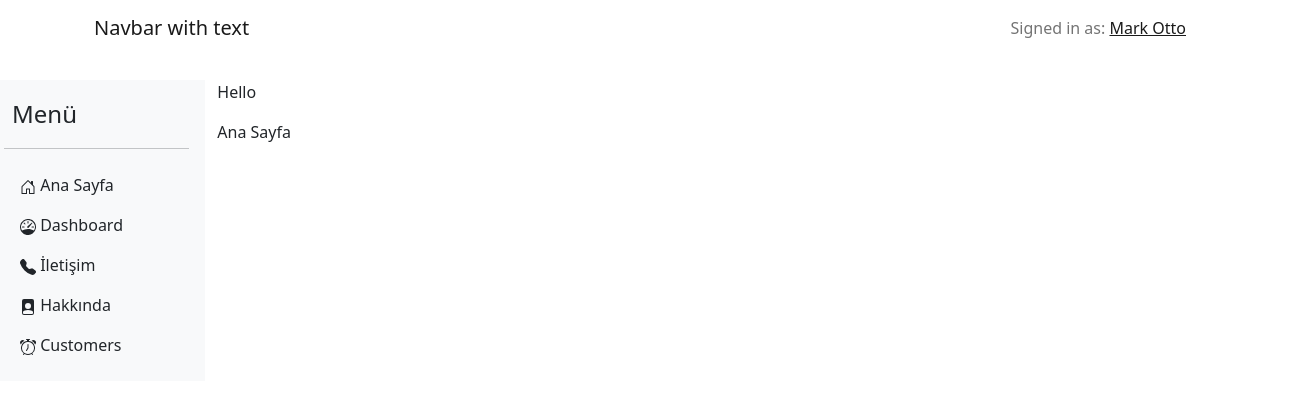
Repository: okankrdg/ReactCoreTemplate
Page: / (app in ReactCoreTemplate/client/)
The author's editor kept a copy of each file at every save. The page is drawn from the files as they stood at one save, then again after the next save.
The browser window is 1280 px wide. The page is 1292 px wide, so the pictures cover 1292 px, including what lies to the right of the window. The pictures show the whole page.
The project was rebuilt for these pictures with package versions that can differ from the ones it lists, and the page was loaded fresh each time. Also part of the build but not shown: ReactCoreTemplate/client/src/App.css.

Above is the page before, as saved 2021-09-06 23:13:27.

### ReactCoreTemplate/client/src/App.js
import "./App.css";
import Layout from "./components/Layout";
import { Route, Switch } from "react-router-dom";
import { About, Dashboard, Home, Contact } from "./Pages/NavLinkComps";
function App() {
  return (
    <Layout>
      <div className="col-md-8">
        <p>Hello</p>
        <Switch>
          <Route path="/about">
            <About />
          </Route>
          <Route path="/dashboard">
            <Dashboard />
          </Route>
          <Route exact path="/">
            <Home />
          </Route>
          <Route path="/contact">
            <Contact />
          </Route>
        </Switch>
      </div>
    </Layout>
  );
}

export default App;

### ReactCoreTemplate/client/src/components/Layout.js
import Header from "./Header";
import NavigationMenu from "./NavigationMenu";
import "../dist/bootstrap/bootstrap.min.css";
const Layout = ({ children }) => {
  return (
    <div className="row" style={{ backgroundColor: "white" }}>
      <Header />
      <NavigationMenu />
      {children}
    </div>
  );
};
export default Layout;

### ReactCoreTemplate/client/src/Pages/NavLinkComps.js
const Home = () => {
  return <p>Ana Sayfa</p>;
};
const Dashboard = () => {
  return <p>Dashboard</p>;
};
const About = () => {
  return <p>Hakkında</p>;
};
const Contact = () => {
  return <p>İletişim</p>;
};
export { Home, Dashboard, About, Contact };

### ReactCoreTemplate/client/src/components/Header.js
import { Navbar, Container } from "react-bootstrap";
const Header = () => {
  return (
    <Navbar className="mb-4">
      <Container>
        <Navbar.Brand href="#home">Navbar with text</Navbar.Brand>
        <Navbar.Toggle />
        <Navbar.Collapse className="justify-content-end">
          <Navbar.Text>
            Signed in as: <a href="#login">Mark Otto</a>
          </Navbar.Text>
        </Navbar.Collapse>
      </Container>
    </Navbar>
  );
};
export default Header;

### ReactCoreTemplate/client/src/components/NavigationMenu.js
import * as Icon from "react-bootstrap-icons";
import { Link } from "react-router-dom";
const NavigationMenu = () => {
  return (
    <div className="d-flex flex-column p-3 bg-light col-md-2">
      <a
        href="/"
        className="d-flex align-items-center mx-2 link-dark text-decoration-none"
      >
        <span className="fs-4">Menü</span>
      </a>
      <hr></hr>
      <ul className="nav nav-pills flex-column mb-auto">
        <li className="nav-item">
          <Link to="/" className="text-decoration-none">
            <button className="nav-link link-dark">
              <Icon.HouseDoor /> Ana Sayfa
            </button>
          </Link>
        </li>
        <li>
          <Link to="/dashboard" className="text-decoration-none">
            <button className="nav-link link-dark">
              <Icon.Speedometer /> Dashboard
            </button>
          </Link>
        </li>
        <li>
          <Link to="/contact" className="text-decoration-none">
            <button className="nav-link link-dark">
              <Icon.TelephoneFill /> İletişim
            </button>
          </Link>
        </li>
        <li>
          <Link to="/about" className="text-decoration-none">
            <button className="nav-link link-dark">
              <Icon.FilePersonFill /> Hakkında
            </button>
          </Link>
        </li>
        <li>
          <Link to="/" className="text-decoration-none">
            <button className="nav-link link-dark">
              <Icon.Alarm /> Customers
            </button>
          </Link>
        </li>
      </ul>
    </div>
  );
};
export default NavigationMenu;

Loaded but not shown: ReactCoreTemplate/client/public/index.html (common file); ReactCoreTemplate/client/src/index.js (common file); ReactCoreTemplate/client/src/index.css (common file); ReactCoreTemplate/client/src/dist/bootstrap/bootstrap.min.css (library); ReactCoreTemplate/client/src/App.css (no copy from this time; the picture is the same without it)

After the next save:
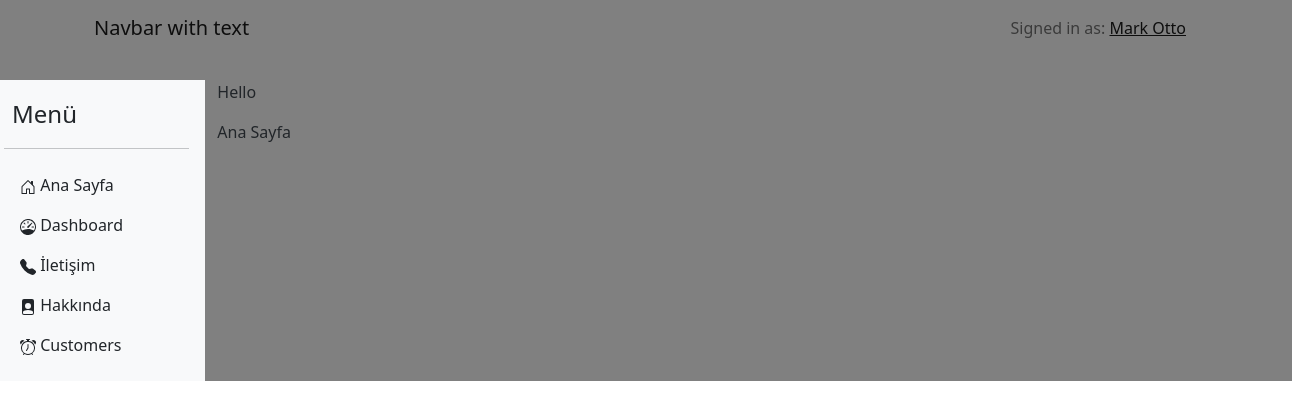
Saved 6 s later.
--- a/ReactCoreTemplate/client/src/components/Layout.js
+++ b/ReactCoreTemplate/client/src/components/Layout.js
@@ -3,7 +3,7 @@
 import "../dist/bootstrap/bootstrap.min.css";
 const Layout = ({ children }) => {
   return (
-    <div className="row" style={{ backgroundColor: "white" }}>
+    <div className="row" style={{ backgroundColor: "gray" }}>
       <Header />
       <NavigationMenu />
       {children}

After the save that followed:
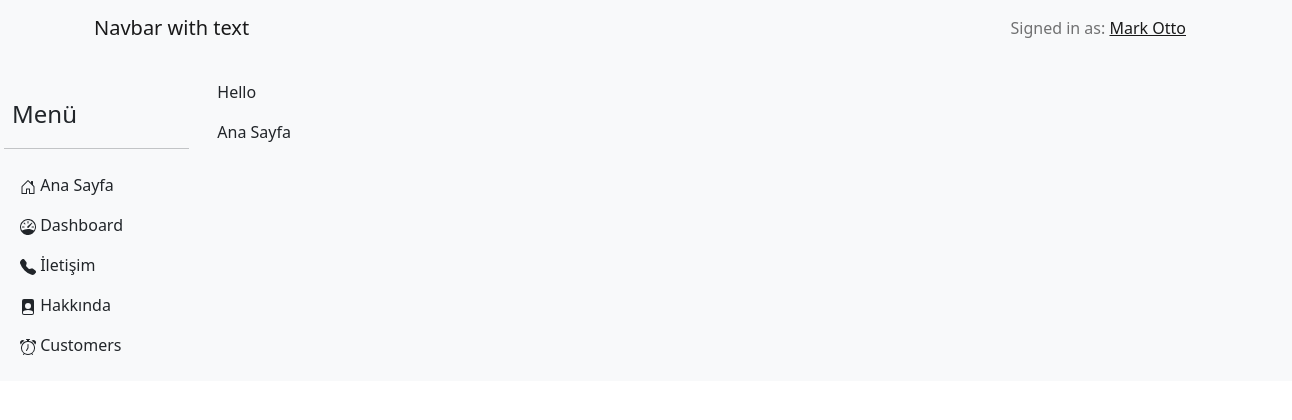
Saved 52 s later.
--- a/ReactCoreTemplate/client/src/components/Layout.js
+++ b/ReactCoreTemplate/client/src/components/Layout.js
@@ -3,7 +3,7 @@
 import "../dist/bootstrap/bootstrap.min.css";
 const Layout = ({ children }) => {
   return (
-    <div className="row" style={{ backgroundColor: "gray" }}>
+    <div className="row" style={{ backgroundColor: "#f8f9fa" }}>
       <Header />
       <NavigationMenu />
       {children}
